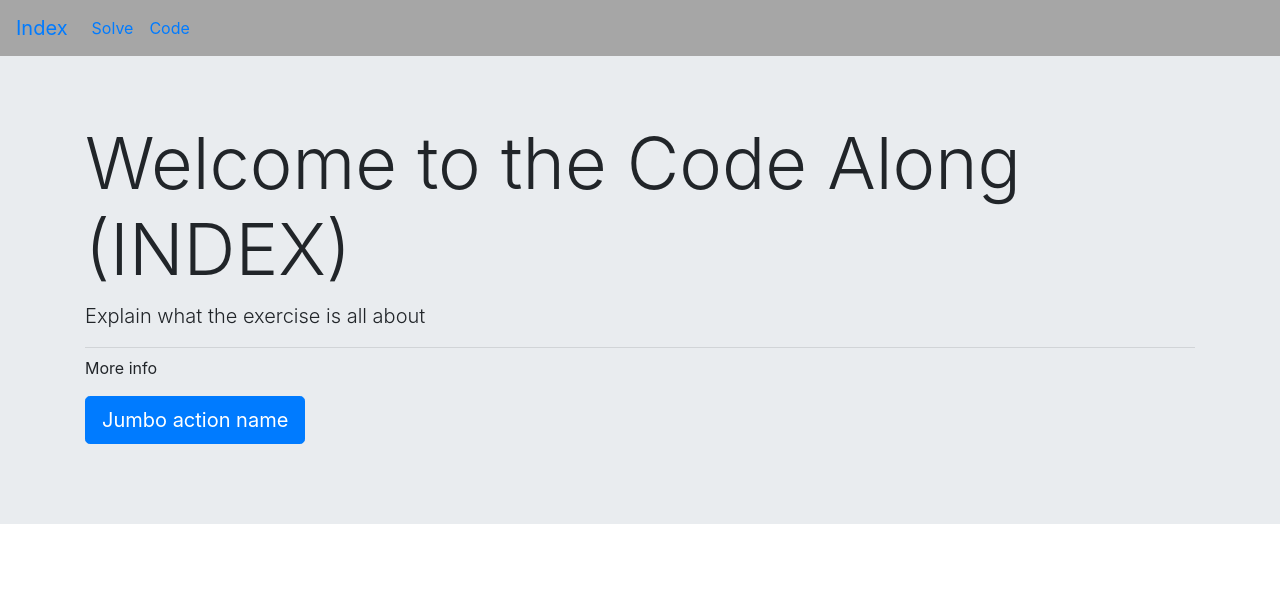
Repository: zhadjah9559/TacocatGrammar
Page: index.html
These files come from the project's save history. The page is drawn as it stood at one moment and after a run of saves; the edit follows.
The browser window is 1280 px wide. The pictures show the whole page.

Above is the page before, as saved 2021-01-12 01:02:50.

### index.html
<!doctype html>
<html lang="en">
  <head>
    <title>Index</title>
    <!-- Required meta tags -->
    <meta charset="utf-8">
    <meta name="viewport" content="width=device-width, initial-scale=1, shrink-to-fit=no">

    <!-- Bootstrap CSS -->
    <link rel="stylesheet" href="https://stackpath.bootstrapcdn.com/bootstrap/4.3.1/css/bootstrap.min.css" integrity="sha384-ggOyR0iXCbMQv3Xipma34MD+dH/1fQ784/j6cY/iJTQUOhcWr7x9JvoRxT2MZw1T" crossorigin="anonymous">
  </head>
  <body>

    <nav class="navbar navbar-expand-sm" style="background-color: #A6A6A6;">
        <a class="navbar-brand" href="#">Index</a>
        <button class="navbar-toggler d-lg-none" type="button" data-toggle="collapse" data-target="#collapsibleNavId" aria-controls="collapsibleNavId"
            aria-expanded="false" aria-label="Toggle navigation"></button>
        <div class="collapse navbar-collapse" id="collapsibleNavId">
            <ul class="navbar-nav mr-auto mt-2 mt-lg-0">
                <li class="nav-item active">
                    <a class="nav-link" href="solve.html">Solve<span class="sr-only">(current)</span></a>
                </li>
                <li class="nav-item">
                    <a class="nav-link" href="code.html">Code</a>
                </li>
            </ul>
        </div>
    </nav>


    <div class="jumbotron jumbotron-fluid">
        <div class="container">
            <h1 class="display-3">Welcome to the Code Along (INDEX)</h1>
            <p class="lead">Explain what the exercise is all about</p>
            <hr class="my-2">
            <p>More info</p>
            <p class="lead">
                <a class="btn btn-primary btn-lg" href="Jumbo action link" role="button">Jumbo action name</a>
            </p>
        </div>
    </div>



    <!-- Optional JavaScript -->
    <!-- jQuery first, then Popper.js, then Bootstrap JS -->
    <script src="https://code.jquery.com/jquery-3.3.1.slim.min.js" integrity="sha384-q8i/X+965DzO0rT7abK41JStQIAqVgRVzpbzo5smXKp4YfRvH+8abtTE1Pi6jizo" crossorigin="anonymous"></script>
    <script src="https://cdnjs.cloudflare.com/ajax/libs/popper.js/1.14.7/umd/popper.min.js" integrity="sha384-UO2eT0CpHqdSJQ6hJty5KVphtPhzWj9WO1clHTMGa3JDZwrnQq4sF86dIHNDz0W1" crossorigin="anonymous"></script>
    <script src="https://stackpath.bootstrapcdn.com/bootstrap/4.3.1/js/bootstrap.min.js" integrity="sha384-JjSmVgyd0p3pXB1rRibZUAYoIIy6OrQ6VrjIEaFf/nJGzIxFDsf4x0xIM+B07jRM" crossorigin="anonymous"></script>
  </body>
</html>

After the next 2 saves:
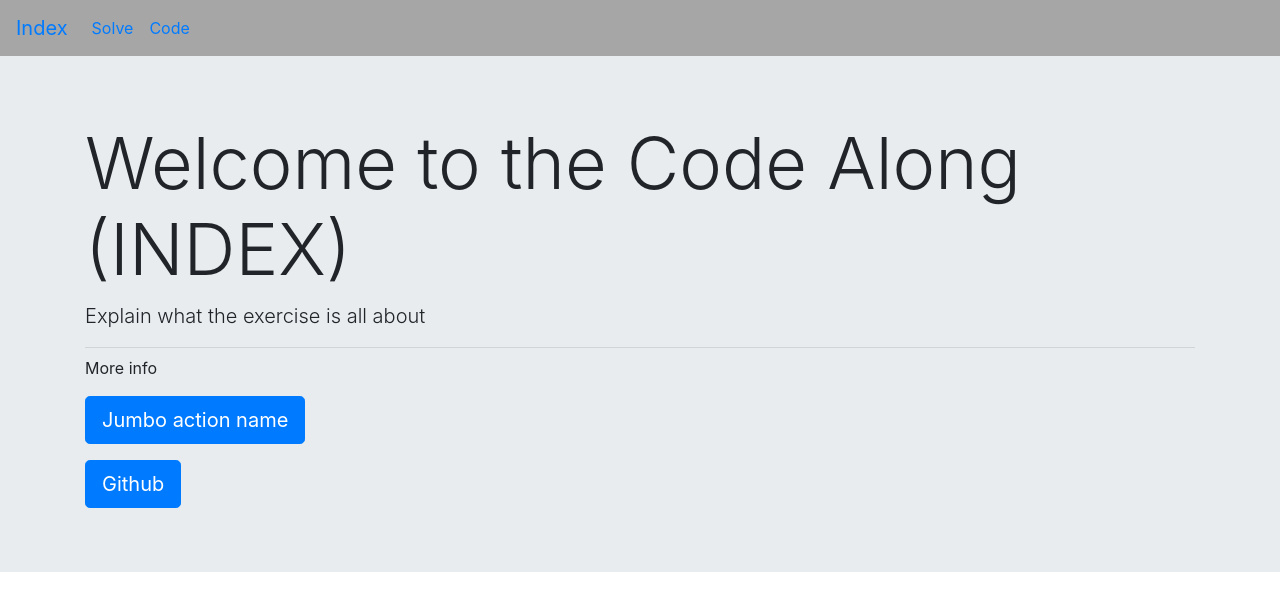
The 2 saves are shown as one change because they came seconds apart.
The last was saved 11 min 0 s later.
--- a/index.html
+++ b/index.html
@@ -37,6 +37,8 @@
             <p class="lead">
                 <a class="btn btn-primary btn-lg" href="Jumbo action link" role="button">Jumbo action name</a>
             </p>
+
+            <a class="btn btn-primary btn-lg" target="_blank" href="https://github.com/adenjessee" role="button">Github</a>
         </div>
     </div>
 
